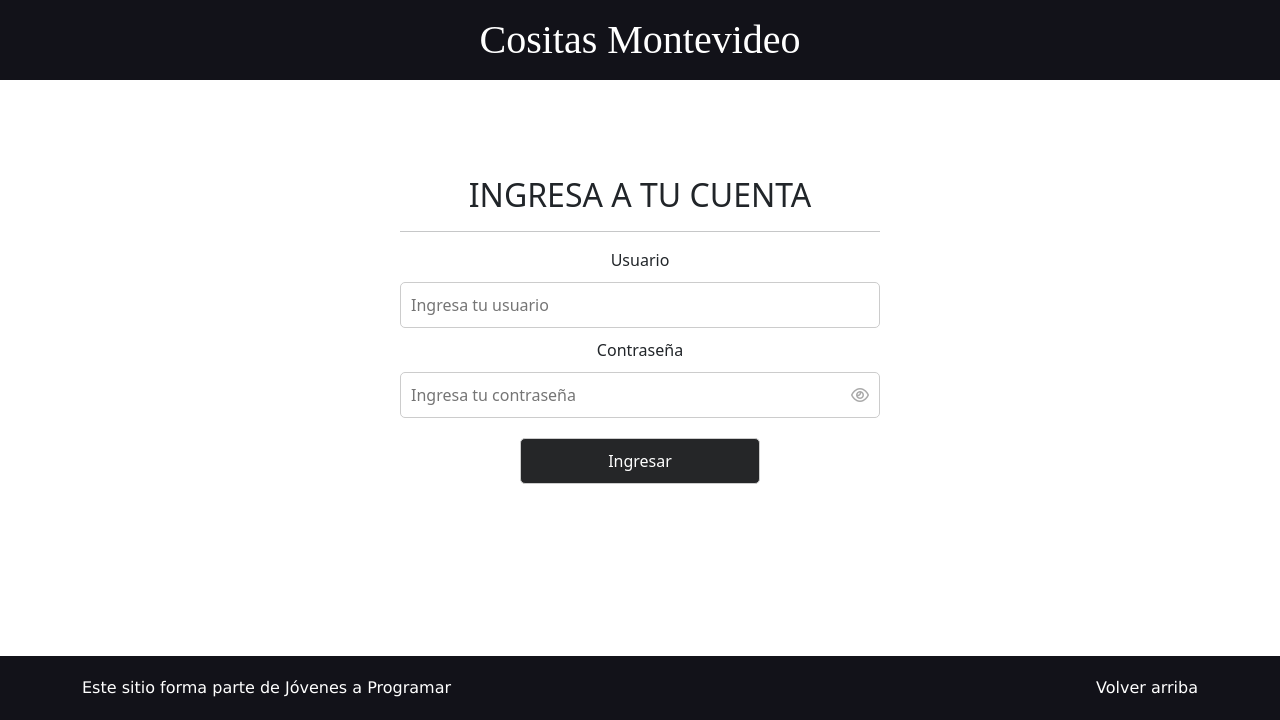
Repository: naticab/proyecto-dw
Page: login.html
The author's editor kept a copy of each file at every save. The page is drawn from the files as they stood at one save, then again after the next save.
The browser window is 1280 px wide. The pictures show the whole page.
Some web fonts or font styles are not loaded; a fallback is used.

Above is the page before, as saved 2024-09-15 14:40:52.

After the next save:
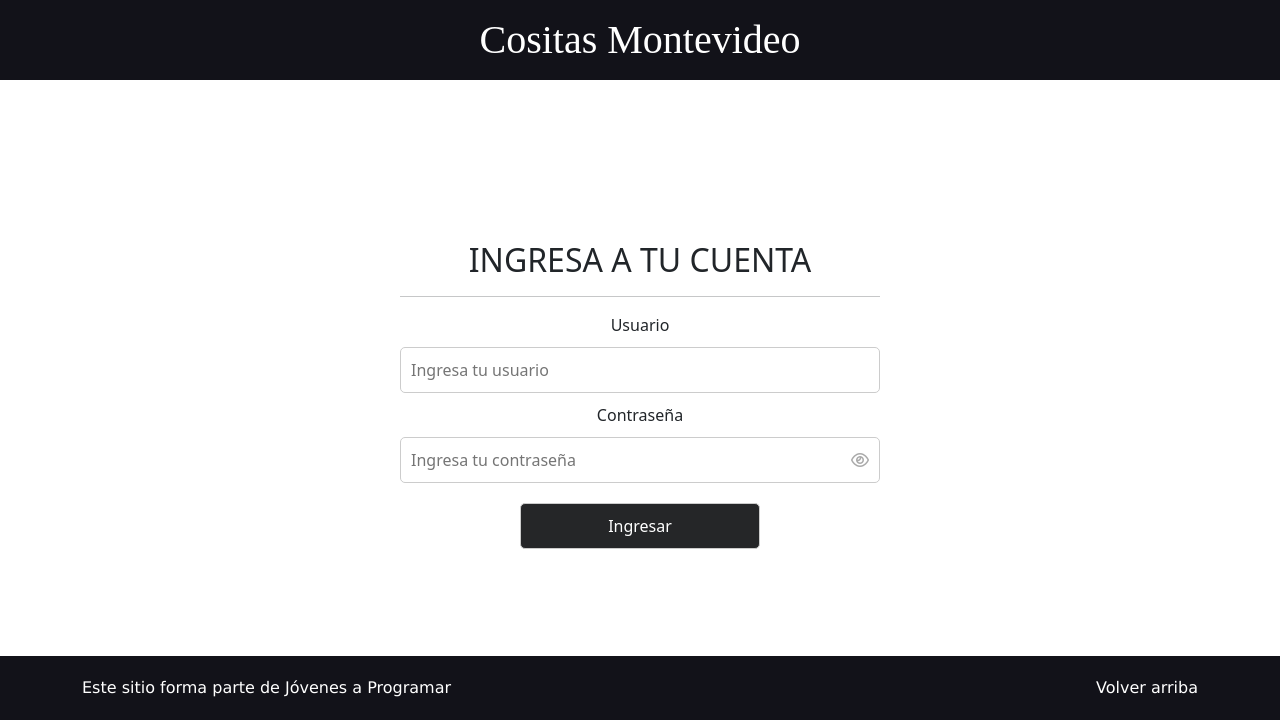
Saved 5 s later.
--- a/css/login.css
+++ b/css/login.css
@@ -7,7 +7,7 @@
 }
 
 main {
-    flex: 0.5; /* Permite que el main ocupe todo el espacio restante */
+    flex: 1; /* Permite que el main ocupe todo el espacio restante */
     display: flex;
     justify-content: center;
     align-items: center;

After the save that followed:
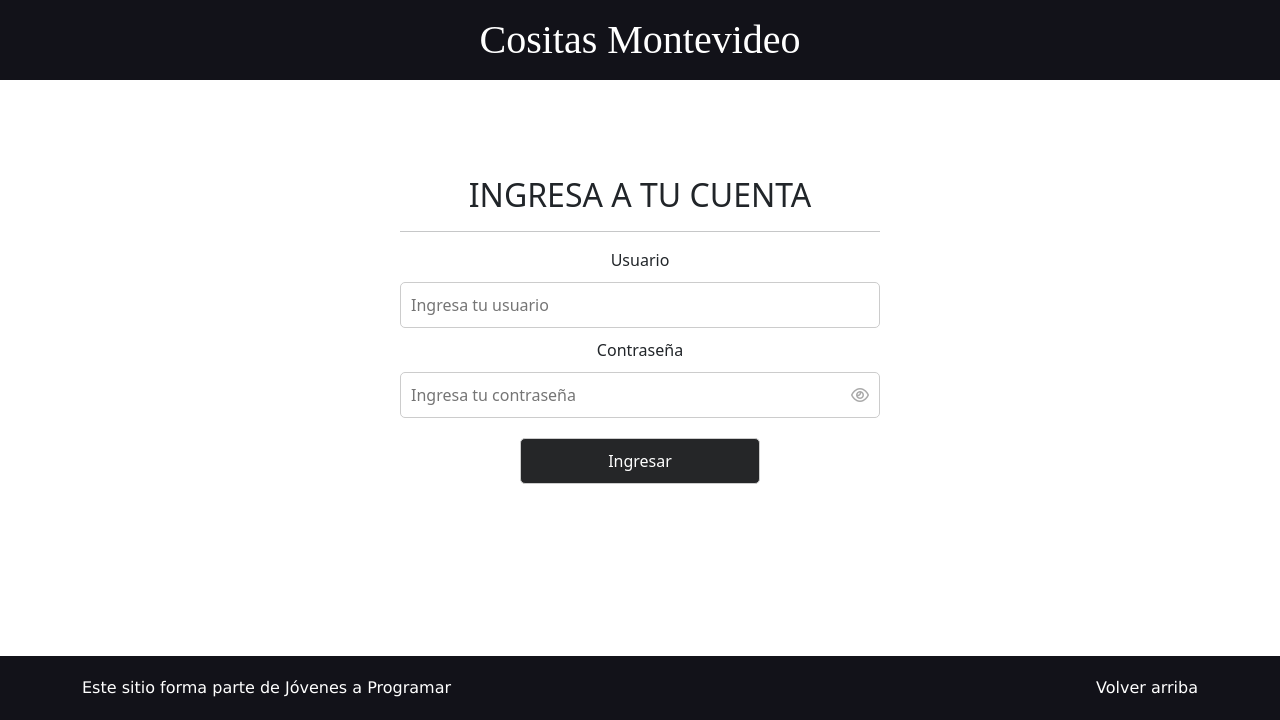
Saved 5 s later.
--- a/css/login.css
+++ b/css/login.css
@@ -7,7 +7,7 @@
 }
 
 main {
-    flex: 1; /* Permite que el main ocupe todo el espacio restante */
+    flex: 0.5; /* Permite que el main ocupe todo el espacio restante */
     display: flex;
     justify-content: center;
     align-items: center;
